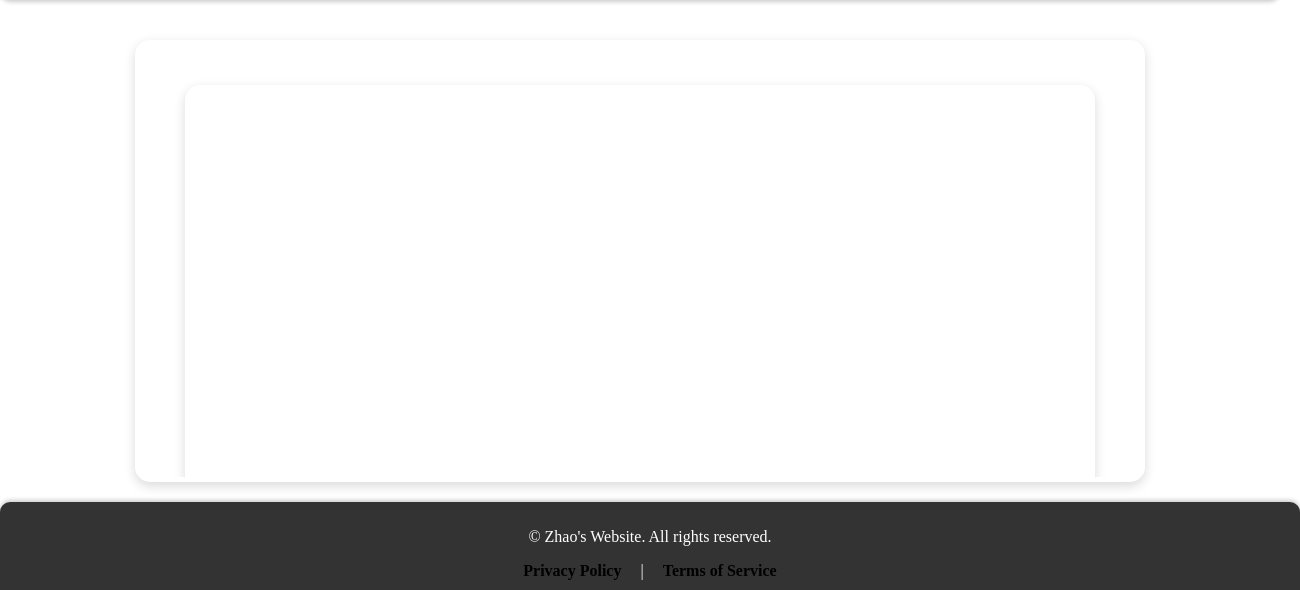
Repository: Iamnotsnowwhite/my-resume
Page: /
The author's editor kept a copy of each file at every save. The page is drawn from the files as they stood at one save, then again after the next save.
The browser window is 1280 px wide. The page is 1300 px wide, so the pictures cover 1300 px, including what lies to the right of the window. The pictures show the part of the page from y = 256 to 851 px (the page is 846 px tall before and 851 px after).
The project was rebuilt for these pictures with package versions that can differ from the ones it lists, and the page was loaded fresh each time. Also part of the build but not shown: src/components/About.tsx, src/pages/AboutPage.tsx, src/components/Contact.tsx, src/chatbox.css, src/pages/ContactPage.tsx, src/components/chatbox.tsx.

Above is the page before, as saved 2024-08-12 12:50:02.

### public/index.html
<!DOCTYPE html>
<html lang="en">
  <head>
    <meta charset="utf-8" />
    <link rel="icon" href="%PUBLIC_URL%/favicon.ico" />
    <meta name="viewport" content="width=device-width, initial-scale=1" />
    <meta name="theme-color" content="#000000" />
    <meta
      name="description"
      content="Web site created using create-react-app"
    />
    <link rel="apple-touch-icon" href="%PUBLIC_URL%/logo192.png" />
    <link rel="manifest" href="%PUBLIC_URL%/manifest.json" />
    <title>React App</title>
  </head>
  <body>
    <noscript>You need to enable JavaScript to run this app.</noscript>
    <div id="root"></div>
    <!--
      This HTML file is a template.
      If you open it directly in the browser, you will see an empty page.
      You can add webfonts, meta tags, or analytics to this file.
      The build step will place the bundled scripts into the <body> tag.
    -->
  </body>
</html>

### src/index.tsx
import React from 'react';
import ReactDOM from 'react-dom/client';
import './index.css';
import App from './App';

const rootElement = document.getElementById('root');

if (rootElement) {
  const root = ReactDOM.createRoot(rootElement);
  root.render(
    <React.StrictMode>
      <App />
    </React.StrictMode>
  );
}

### src/index.css
body {
  font-family: Arial, sans-serif;
  margin: 0;
  padding: 0;
  background-color: transparent; /* 设置背景透明 */
}

header {
  background-color: rgba(51, 51, 51, 0.8); /* 半透明背景 */
  color: #fff;
  padding: 1em 0;
  text-align: center;
  position: relative;
  z-index: 1; /* 确保内容在视频背景之上 */
}

header nav ul {
  list-style: none;
  padding: 0;
}

header nav ul li {
  display: inline;
  margin: 0 1em;
}

header nav ul li a {
  color: #fff;
  text-decoration: none;
}

section {
  padding: 2em;
  margin: 2em 0;
  position: relative;
  z-index: 1; /* 确保内容在视频背景之上 */
}

footer {
  text-align: center;
  padding: 1em 0;
  background-color: rgba(51, 51, 51, 0.8); /* 半透明背景 */
  color: #fff;
  position: relative;
  z-index: 1; /* 确保内容在视频背景之上 */
}

### src/App.tsx
import React from 'react';
import '/Users/guoguo/Desktop/my-resume/src/App.css'
import { BrowserRouter as Router, Route, Routes } from 'react-router-dom';
import HomePage from '/Users/guoguo/Desktop/my-resume/src/pages/HomePage';
import AboutPage from '/Users/guoguo/Desktop/my-resume/src/pages/AboutPage';
import ContactPage from '/Users/guoguo/Desktop/my-resume/src/pages/ContactPage';
import Header from '/Users/guoguo/Desktop/my-resume/src/components/Header';
import Footer from '/Users/guoguo/Desktop/my-resume/src/components/Footer';
import LanguageSwitcher from '/Users/guoguo/Desktop/my-resume/src/components/LanguageSwitcher';
import'/Users/guoguo/Desktop/my-resume/src/i18n';
import ChatBox from './components/chatbox';


const App: React.FC = () => {
  return (
    <Router>
      <Header />
      <LanguageSwitcher />
      <Routes>
        <Route path="/" element={<HomePage />} />
        <Route path="/about" element={<AboutPage />} />
        <Route path="/contact" element={<ContactPage />} />
        <Route path="/chatbox" element={<ChatBox />} />
      </Routes>
      <Footer />
    </Router>
  );
};

export default App;

### src/App.css
body {
  font-family: 'Times New Roman', Times, serif; /* 经典的衬线字体 */
  margin: 0;
  padding: 0;
  box-sizing: border-box;
  background-color: transparent; /* 背景透明以显示视频 */
  color: #000000; /* 深灰色字体 */
  text-align: center;
  z-index: 1;
  position: relative; /* 确保内容层级正常 */
}

header {
  background-color: rgba(102, 102, 102, 0.8); /* 半透明灰色背景 */
  padding: 20px;
  color: #000000; /* 深灰色字体 */
  text-align: center;
  box-shadow: 0 2px 4px rgba(0, 0, 0, 0.2);
  border-radius: 0 0 10px 10px;
  z-index: 3;
  position: relative; /* 确保header内容在视频之上 */
}

nav a {
  color: #000000; /* 深灰色字体 */
  margin: 0 15px;
  text-decoration: none;
  font-weight: bold;
}

nav a:hover {
  text-decoration: underline;
}

footer {
  background-color: rgba(0, 0, 0, 0.8); /* 半透明黑色背景 */
  padding: 10px;
  color: #ffffff;
  text-align: center;
  position: relative;
  bottom: 0;
  width: 100%;
  box-shadow: 0 -2px 4px rgba(0, 0, 0, 0.2);
  border-radius: 10px 10px 0 0;
  z-index: 3;
}

h1, h2 {
  color: #000000; /* 深灰色字体 */
  font-family: 'Georgia', serif; /* 高级的衬线字体 */
}

ul {
  list-style-type: none; /* 无项目符号 */
  padding-left: 0;
  color: #333333; /* 深灰色字体 */
}

li {
  margin: 10px 0;
}

button {
  background-color: #333333; /* 深灰色背景 */
  color: #ffffff; /* 白色字体 */
  border: none;
  padding: 10px 20px;
  cursor: pointer;
  border-radius: 5px;
  font-size: 16px;
  transition: background-color 0.3s ease;
  z-index: 3;
  position: relative;
}

button:hover {
  background-color: #555555; /* 更浅的灰色 */
}

.container {
  max-width: 800px;
  margin: 20px auto;
  padding: 20px;
  background-color: rgba(255, 255, 255, 0.9); /* 半透明白色背景 */
  color: #333333; /* 深灰色字体 */
  box-shadow: 0 4px 8px rgba(0, 0, 0, 0.1);
  border-radius: 10px;
  text-align: left; /* 内容居左 */
  z-index: 2;
  position: relative;
}

a {
  color: #8e8e8e; /* 深灰色字体 */
  text-decoration: none;
}

a:hover {
  text-decoration: underline;
}

input, textarea {
  width: 100%;
  padding: 10px;
  margin: 10px 0;
  border: 2px solid #333333; /* 深灰色边框 */
  border-radius: 5px;
  box-sizing: border-box;
  background-color: #f5f5f5; /* 浅灰色背景 */
  color: #333333; /* 深灰色字体 */
}

input[type="submit"] {
  background-color: #333333; /* 深灰色背景 */
  border: none;
  color: #ffffff; /* 白色字体 */
  cursor: pointer;
  padding: 10px 20px;
  border-radius: 5px;
}

input[type="submit"]:hover {
  background-color: #555555; /* 更浅的灰色 */
}

.content {
  position: relative;
  z-index: 2;
  color: white; /* 根据你的设计需求调整 */
}

### src/pages/HomePage.tsx
import React from 'react';
import '/Users/guoguo/Desktop/my-resume/src/homepage.css'; // 确保你有这个CSS文件来处理样式
import BackgroundVideo from '/Users/guoguo/Desktop/my-resume/src/components/backgroundvideo';

const HomePage: React.FC = () => {
  return (
    <div className="homepage-container">
      <div className="video-container">
        <BackgroundVideo />
      </div>
    </div>
  );
};

export default HomePage;

### src/components/Header.tsx
import React from 'react';
import {Link} from 'react-router-dom';
import {useTranslation } from 'react-i18next';
import '/Users/guoguo/Desktop/my-resume/src/Header.css';

const Header: React.FC = () => {
  const { t } = useTranslation();
  return (
    <header className="header">
      <div className="header-container">
      {/* <img src={} alt="Logo" /> */}
      <h2>{t("Welcome to my website!")}</h2>
      <h1>{t("Zhaoguo Wei")}</h1>
      <nav>
        <ul>
        <Link to="/">Home</Link> | <Link to="/about">About</Link> | <Link to="/contact">Contact</Link> | <Link to="/chatbox">ChatBox</Link>
        </ul>
      </nav>
      </div>
    </header>
  );
};

export default Header;

### src/components/Footer.tsx
import React from 'react';
import { useTranslation} from 'react-i18next';

const Footer: React.FC = () => {
    const { t } = useTranslation();
  return (
    <footer>
      <p>{t("© Zhao's Website. All rights reserved.")}</p>
      <nav>
        <a href="/privacy">Privacy Policy</a> | <a href="/terms">Terms of Service</a>
      </nav>
    </footer>
  );
}

export default Footer;

### src/components/LanguageSwitcher.tsx
// src/components/LanguageSwitcher.tsx
import React, { useState } from 'react';
import { useTranslation } from 'react-i18next';
import '/Users/guoguo/Desktop/my-resume/src/LanguageSwitcher.css'; // 根据你的项目结构调整路径

const LanguageSwitcher: React.FC = () => {
  const { i18n } = useTranslation();
  const [isOpen, setIsOpen] = useState(false);

  const toggleDropdown = () => {
    setIsOpen(!isOpen);
  };

  const changeLanguage = (lng: string) => {
    i18n.changeLanguage(lng);
    setIsOpen(false); // 关闭下拉列表
  };

  return (
    <div className="language-switcher">
      <button onClick={toggleDropdown}>
        {i18n.language.toUpperCase()} ▼
      </button>
      {isOpen && (
        <ul className="language-list">
          <li onClick={() => changeLanguage('en')}>English</li>
          <li onClick={() => changeLanguage('de')}>Deutsch</li>
          <li onClick={() => changeLanguage('ch')}>中文</li>
        </ul>
      )}
    </div>
  );
};

export default LanguageSwitcher;

### src/i18n.ts
import i18n from 'i18next';
import { initReactI18next } from 'react-i18next';
import LanguageDetector from 'i18next-browser-languagedetector';

// 导入翻译文件
import translationEn from '/Users/guoguo/Desktop/my-resume/src/locales/en/translation.json';
import translationCh from '/Users/guoguo/Desktop/my-resume/src/locales/ch/translation.json';
import translationDe from '/Users/guoguo/Desktop/my-resume/src/locales/de/translation.json';

// 初始化 i18next
i18n
  .use(initReactI18next) // 将 i18n 集成到 React 中
  .use(LanguageDetector) // 使用浏览器语言检测插件
  .init({
    resources: {
      en: {
        translation: translationEn,
      },
      ch: {
        translation: translationCh,
      },
      de: {
        translation: translationDe,
      },
    },
    fallbackLng: 'en', // 当所选语言的翻译不可用时，回退到英语
    interpolation: {
      escapeValue: false, // React 已经自动进行转义
    },
    detection: {
      order: ['querystring', 'cookie', 'localStorage', 'navigator', 'htmlTag', 'path', 'subdomain'],
      caches: ['localStorage', 'cookie'], // 设置语言检测的缓存方式
    },
  });

export default i18n;

### src/homepage.css
.homepage-container {
    position: relative;
    text-align: center;
    padding-top: 20px; /* 添加一点顶部内边距 */
}


.video-container {
    position: relative;
    width: 90%; /* 调整为90%宽度，留出一些边距 */
    max-width: 1000px; /* 设置最大宽度 */
    height: 60vh; /* 固定高度为视窗高度的60% */
    overflow: hidden;
    margin: 20px auto; /* 居中并在上下添加20px的外边距 */
    border-radius: 15px; /* 添加圆角 */
    box-shadow: 0 4px 12px rgba(0, 0, 0, 0.15); /* 添加阴影效果 */
    background-color: white; /* 白色背景，确保白边效果 */
    border: 5px solid #ffffff; /* 白色边框，增强白边效果 */
}

.background-video {
    width: 100%;
    height: 100%;
    object-fit: cover; /* 确保视频充满容器 */
}

.content {
    position: relative;
    z-index: 2;
    padding: 20px;
    background: rgba(169, 169, 169, 0.8); /* 半透明灰色背景 */
    margin-top: 20px; /* 适当增加margin，避免内容过度靠近视频 */
    box-shadow: 0 4px 8px rgba(0, 0, 0, 0.2); /* 添加阴影效果 */
    max-width: 800px;
    margin-left: auto;
    margin-right: auto;
    border-radius: 10px;
    background-color: white; /* 内容的背景色 */
}

/* 适应小屏幕 */
@media (max-width: 768px) {
    .content {
        margin-top: 20px; /* 在小屏幕上适当增加margin，避免过度重叠 */
        padding: 15px;
        box-shadow: none; /* 移除阴影以简化小屏幕布局 */
    }

    .video-container {
        height: 40vh; /* 在小屏幕上减少视频的高度 */
    }
}

### src/components/backgroundvideo.tsx
import React from 'react';
import '/Users/guoguo/Desktop/my-resume/src/homepage.css';
import ReactPlayer from 'react-player';

const BackgroundVideo: React.FC = () => {
    return (
        <div className="homepage-container">
          <div className="video-container">
            <ReactPlayer
              url="https://youtu.be/A53nWs7l6JI?si=Tg8TL9aR7tLnRTJ9D"
              controls={true}
              width="100%"
              height="100%"
            />
          </div>
        </div>
      );
    };
export default BackgroundVideo;

### src/Header.css
/* src/components/Header.css */
.header {
    background-color: #333;
    color: white;
    padding: 20px;
    position: relative; /* 为绝对定位的元素提供参考 */
    display: flex;
    flex-direction: column; /* 使内容垂直排列 */
    justify-content: center; /* 水平居中内容 */
    align-items: center; /* 垂直居中内容 */
    text-align: center; /* 居中文字 */
    height: 30vh; /* 让header占据整个视窗高度，确保内容居中 */
    background-image: url('/Users/guoguo/Desktop/my-resume/src/header_background.jpg'); /* 替换为你的图片路径 */
    background-size: cover; /* 确保图片覆盖整个背景 */
    background-position: center; /* 确保背景图居中显示 */
    background-repeat: no-repeat; /* 防止背景图片重复 */
  }

  .header-container {
    display: flex;
    flex-direction: column;
    align-items: center;
    justify-content: center;
  }

  .header h1,
  .header p {
    margin: 0;
    padding: 10px 0;
  }

  .language-switcher {
    position: absolute;
    top: 20px; /* 调整语言切换按钮的垂直位置 */
    right: 20px; /* 调整语言切换按钮的水平位置 */
    display: flex;
    gap: 10px;
  }

### src/LanguageSwitcher.css
/* src/components/LanguageSwitcher.css */
.language-switcher {
  position: absolute;
  top: 20px;
  right: 20px;
  display: inline-block;
  z-index: 1000; /* 确保语言切换器在其他元素之上 */
}

.language-switcher button {
  background-color: #555;
  color: white;
  padding: 10px 20px;
  cursor: pointer;
  border: none;
  border-radius: 4px;
  font-size: 14px;
  display: flex;
  align-items: center;
  z-index: 1001; /* 确保按钮在其他内容之上 */
}

.language-list {
  position: absolute;
  top: 100%;
  right: 0; /* 将下拉列表与按钮右对齐 */
  background-color: white;
  border: 1px solid #ccc;
  border-radius: 4px;
  padding: 0;
  margin: 5px 0 0;
  list-style: none;
  min-width: 150px; /* 确保下拉列表有足够宽度 */
  box-shadow: 0 8px 16px rgba(0, 0, 0, 0.2);
  z-index: 1002; /* 确保下拉列表在其他元素之上 */
}

.language-list li {
  padding: 10px;
  cursor: pointer;
  background-color: white;
  text-align: center;
}

.language-list li:hover {
  background-color: #f0f0f0;
}

### src/locales/en/translation.json
{
  "header": {
    "Welcome to my website!": "Welcome to my website!",
    "Zhaoguo Wei": "Zhaoguo Wei",
    "nav": {
      "Home": "Home",
      "About": "About",
      "Contact": "Contact"
    }
  },

  "about": {
    "This is ME !": "This is ME !",
    "I am a student in computer science 5. Semester": "I am a student in computer science 5. Semester",
    "lived in Germany for over 7 years": "lived in Germany for over 7 years",
    "speak chinese, german and english": "speak chinese, german and english (fluently or in other word: Sicher in Wort und Schrift)",
    "Education": "Education",
    "Freie Universität Berlin": "Freie Universität Berlin",
    "B.Sc. Computer Science (Informatik) (2022 - now)": "B.Sc. Computer Science (Informatik) (2022 - now)",
    "Friedrich Ebert Gymnasium": "Friedrich Ebert Gymnasium",
    "Graduated in 2022": "Graduated in 2022",
    "Work-experience": "Work-experience",
    "Work student - SynTAGit": "Work student - SynTAGit",
    "(2024.Aug)": "(2024.Aug)",
    "Übersetzerin - Yixue Bildungszentrum": "Übersetzerin - Yixue Bildungszentrum",
    "offering seamless translation in both directions.": "offering seamless translation in both directions.",
    "(2020 - now)": "(2020 - now)",
    "freelance illustrator": "freelance illustrator",
    "Beemybox - Designed Landing page and product packaging": "Beemybox - Designed Landing page and product packaging",
    "Yixue Bildungszentrum - Illustration greeting cards and book illustrations": "Yixue Bildungszentrum - Illustration greeting cards and book illustrations",
    "(2019 - now)": "(2019 - now)",
    "Projects": "Projects",
    "Data Analysis with Python": "Data Analysis with Python",
    "Object-Oriented Programming Project": "Object-Oriented Programming Project",
    "linkText": "Have a look",
    "Skills": "Skills",
    "Programming Languages": "Programming Languages: JavaScript, TypeScript, Python, Java, C/C++, Haskell",
    "Front-End": "Front-End: React, HTML, CSS",
    "Back-End": "Back-End: Node.js, Express, MongoDB",
    "Tools": "Tools: Git",
    "Design": "Design: Flyer production",
    "Illustration/Painting": "Illustration/Painting: More realistic style",
    "Tools/Programs (Computer)": "Tools/Programs (Computer): Adobe Illustrator, Photoshop, InDesign, Blender",
    "Tools/Programs (iPad)": "Tools/Programs (iPad): Procreate, Nomad"

  }
}

### src/locales/ch/translation.json
{
"header": {
    "Welcome to my website!": "欢迎来到我的网站",
    "Zhaoguo Wei": "魏兆果",
    "nav": {
        "Home": "主页",
        "About": "关于我",
        "Contact": "联系我吧！"
    }
},

"about": {
    "This is ME !": "这是我！",
    "I am a student in computer science 5. Semester": "我是一名计算机科学第五学期的大学生",
    "lived in Germany for over 7 years": "已经在德国生活了七年啦",
    "speak chinese, german and english": "能流利地说中文、德语和英语，口语写作都没问题",
    "Education": "学历",
    "Freie Universität Berlin": "柏林自由大学",
    "B.Sc. Computer Science (Informatik) (2022 - now)": "计算机本科 （2022-至今）",
    "Friedrich Ebert Gymnasium": "弗里德里希·艾伯特文理高中",
    "Graduated in 2022": "已经在2022年毕业",
    "Work-experience": "工作经历",
    "Work student - SynTAGit": "学生工 - SynTAGit",
    "(2024.Aug)": "2024年8月",
    "Übersetzerin - Yixue Bildungszentrum": "翻译 - Yixue Bildungszentrum",
    "offering seamless translation in both directions.": "提供无缝的双向翻译。",
    "(2020 - now)": "(2020 - 至今)",
    "freelance illustrator": "自由插画师",
    "Beemybox - Designed Landing page and product packaging": "Beemybox - 网页设计和产品包装设计",
    "Yixue Bildungszentrum - Illustration greeting cards and book illustrations": "Yixue Bildungszentrum - 贺卡和书籍插图设计",
    "(2019 - now)": "(2019 - 至今)",
    "Projects": "项目",
    "Data Analysis with Python": "Python 数据分析",
    "Object-Oriented Programming Project": "面向对象编程项目",
    "linkText": "看看吧",
    "Skills": "技能",
    "Programming Languages": "编程语言：JavaScript, TypeScript, Python, Java, C/C++, Haskell",
    "Front-End": "前端：React, HTML, CSS",
    "Back-End": "后端：Node.js, Express, MongoDB",
    "Tools": "工具：Git",
    "Design": "设计：宣传单制作",
    "Illustration/Painting": "插画/绘画：更现实的风格",
    "Tools/Programs (Computer)": "工具/程序 (计算机)：Adobe Illustrator, Photoshop, InDesign, Blender",
    "Tools/Programs (iPad)": "工具/程序 (iPad)：Procreate, Nomad"
}
}

### src/locales/de/translation.json
{
  "header": {
    "Welcome to my website!": "Willkommen auf meiner Website!",
    "Zhaoguo Wei": "Zhaoguo Wei",
    "nav": {
      "Home": "Startseite",
      "About": "Über mich",
      "Contact": "Kontakt"
    }
  },

  "about": {
    "This is ME !": "Das bin ICH!",
    "I am a student in computer science 5. Semester": "Ich bin Student im 5. Semester Informatik",
    "lived in Germany for over 7 years": "Ich lebe seit über 7 Jahren in Deutschland",
    "speak chinese, german and english": "Ich spreche Chinesisch, Deutsch und Englisch (fließend oder in anderen Worten: Sicher in Wort und Schrift)",
    "Education": "Bildung",
    "Freie Universität Berlin": "Freie Universität Berlin",
    "B.Sc. Computer Science (Informatik) (2022 - now)": "B.Sc. Informatik (2022 - jetzt)",
    "Friedrich Ebert Gymnasium": "Friedrich Ebert Gymnasium",
    "Graduated in 2022": "Abschluss im Jahr 2022",
    "Work-experience": "Berufserfahrung",
    "Work student - SynTAGit": "Werkstudent - SynTAGit",
    "(2024.Aug)": "(2024.Aug)",
    "Übersetzerin - Yixue Bildungszentrum": "Übersetzerin - Yixue Bildungszentrum",
    "offering seamless translation in both directions.": "Biete nahtlose Übersetzungen in beide Richtungen an.",
    "(2020 - now)": "(2020 - jetzt)",
    "freelance illustrator": "Freiberufliche Illustratorin",
    "Beemybox - Designed Landing page and product packaging": "Beemybox - Gestaltung der Landing Page und Produktverpackung",
    "Yixue Bildungszentrum - Illustration greeting cards and book illustrations": "Yixue Bildungszentrum - Gestaltung von Grußkarten und Buchillustrationen",
    "(2019 - now)": "(2019 - jetzt)",
    "Projects": "Projekte",
    "Data Analysis with Python": "Datenanalyse mit Python",
    "Object-Oriented Programming Project": "Objektorientiertes Programmierprojekt",
    "linkText": "Schau mal rein",
    "Skills": "Fähigkeiten",
    "Programming Languages": "Programmiersprachen: JavaScript, TypeScript, Python, Java, C/C++, Haskell",
    "Front-End": "Front-End: React, HTML, CSS",
    "Back-End": "Back-End: Node.js, Express, MongoDB",
    "Tools": "Werkzeuge: Git",
    "Design": "Design: Flyerproduktion",
    "Illustration/Painting": "Illustration/Malerei: Realistischere Stilrichtung",
    "Tools/Programs (Computer)": "Tools/Programme (Computer): Adobe Illustrator, Photoshop, InDesign, Blender",
    "Tools/Programs (iPad)": "Tools/Programme (iPad): Procreate, Nomad"
  }
}

After the next save:
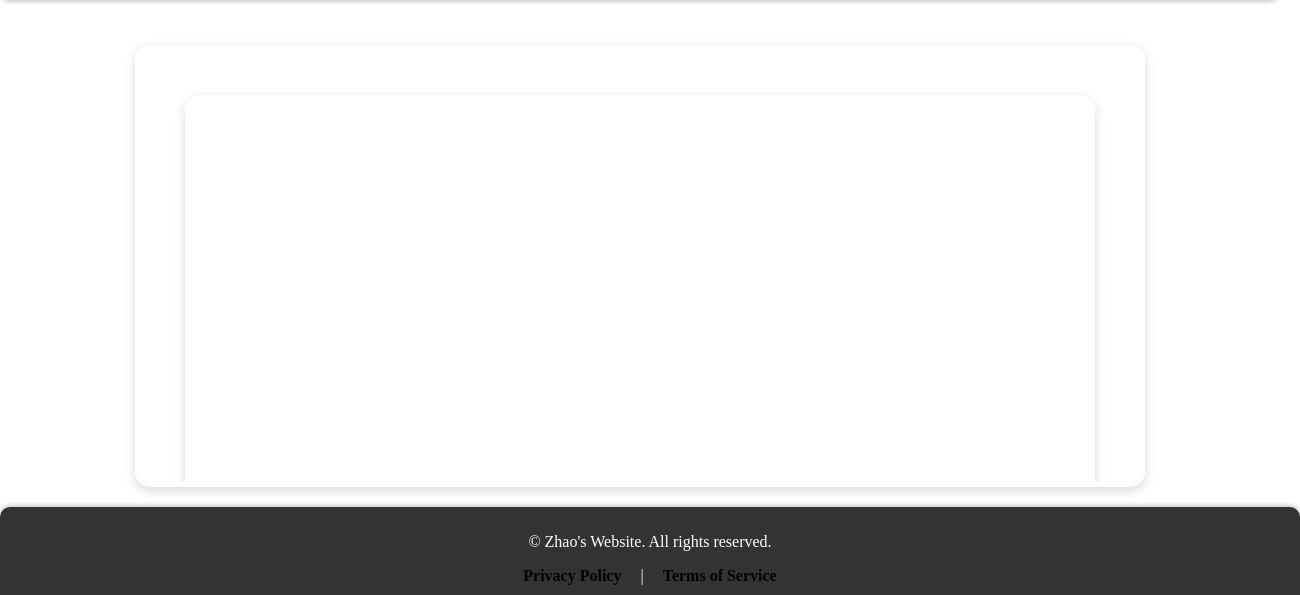
Saved 8 s later.
--- a/src/homepage.css
+++ b/src/homepage.css
@@ -1,7 +1,7 @@
 .homepage-container {
     position: relative;
     text-align: center;
-    padding-top: 20px; /* 添加一点顶部内边距 */
+    padding-top: 25px; /* 添加一点顶部内边距 */
 }
 
 
